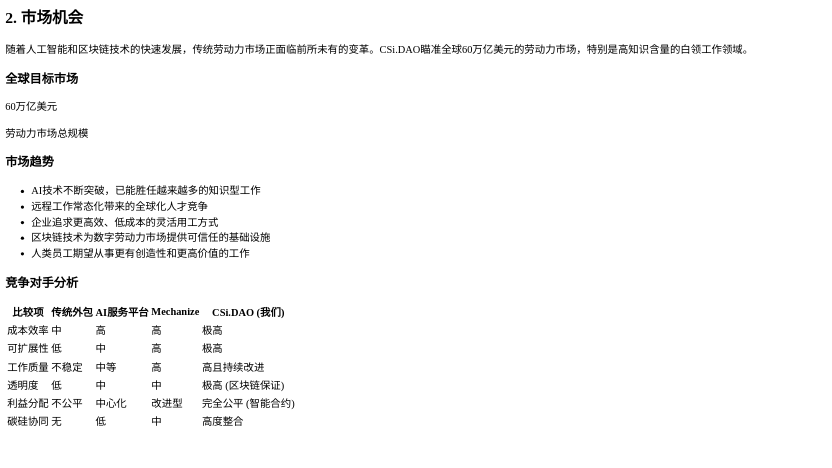
Repository: delez911/ainize
Page: static-site/src/components/market/market.html
An editor plug-in stored every save of this project. The page is shown before and after the next save, followed by the edit.
The browser window is 1280 px wide. The pictures show the whole page, at 65% of full size.

Above is the page before, as saved 2025-04-24 02:52:51.

### static-site/src/components/market/market.html
<section id="market" class="section">
  <div class="section-container">
    <h2 class="section-title">2. 市场机会</h2>
    <div class="content">
      <p>随着人工智能和区块链技术的快速发展，传统劳动力市场正面临前所未有的变革。CSi.DAO瞄准全球60万亿美元的劳动力市场，特别是高知识含量的白领工作领域。</p>

      <div class="market-container">
        <div class="market-circle">
          <h3>全球目标市场</h3>
          <div class="market-value">60万亿美元</div>
          <p>劳动力市场总规模</p>
        </div>
      </div>

      <h3>市场趋势</h3>
      <ul>
        <li>AI技术不断突破，已能胜任越来越多的知识型工作</li>
        <li>远程工作常态化带来的全球化人才竞争</li>
        <li>企业追求更高效、低成本的灵活用工方式</li>
        <li>区块链技术为数字劳动力市场提供可信任的基础设施</li>
        <li>人类员工期望从事更有创造性和更高价值的工作</li>
      </ul>

      <h3>竞争对手分析</h3>
      <table>
        <tr>
          <th>比较项</th>
          <th>传统外包</th>
          <th>AI服务平台</th>
          <th>Mechanize</th>
          <th>CSi.DAO (我们)</th>
        </tr>
        <tr>
          <td>成本效率</td>
          <td>中</td>
          <td>高</td>
          <td>高</td>
          <td>极高</td>
        </tr>
        <tr>
          <td>可扩展性</td>
          <td>低</td>
          <td>中</td>
          <td>高</td>
          <td>极高</td>
        </tr>
        <tr>
          <td>工作质量</td>
          <td>不稳定</td>
          <td>中等</td>
          <td>高</td>
          <td>高且持续改进</td>
        </tr>
        <tr>
          <td>透明度</td>
          <td>低</td>
          <td>中</td>
          <td>中</td>
          <td>极高 (区块链保证)</td>
        </tr>
        <tr>
          <td>利益分配</td>
          <td>不公平</td>
          <td>中心化</td>
          <td>改进型</td>
          <td>完全公平 (智能合约)</td>
        </tr>
        <tr>
          <td>碳硅协同</td>
          <td>无</td>
          <td>低</td>
          <td>中</td>
          <td>高度整合</td>
        </tr>
      </table>
    </div>
  </div>
</section>

After the next save:
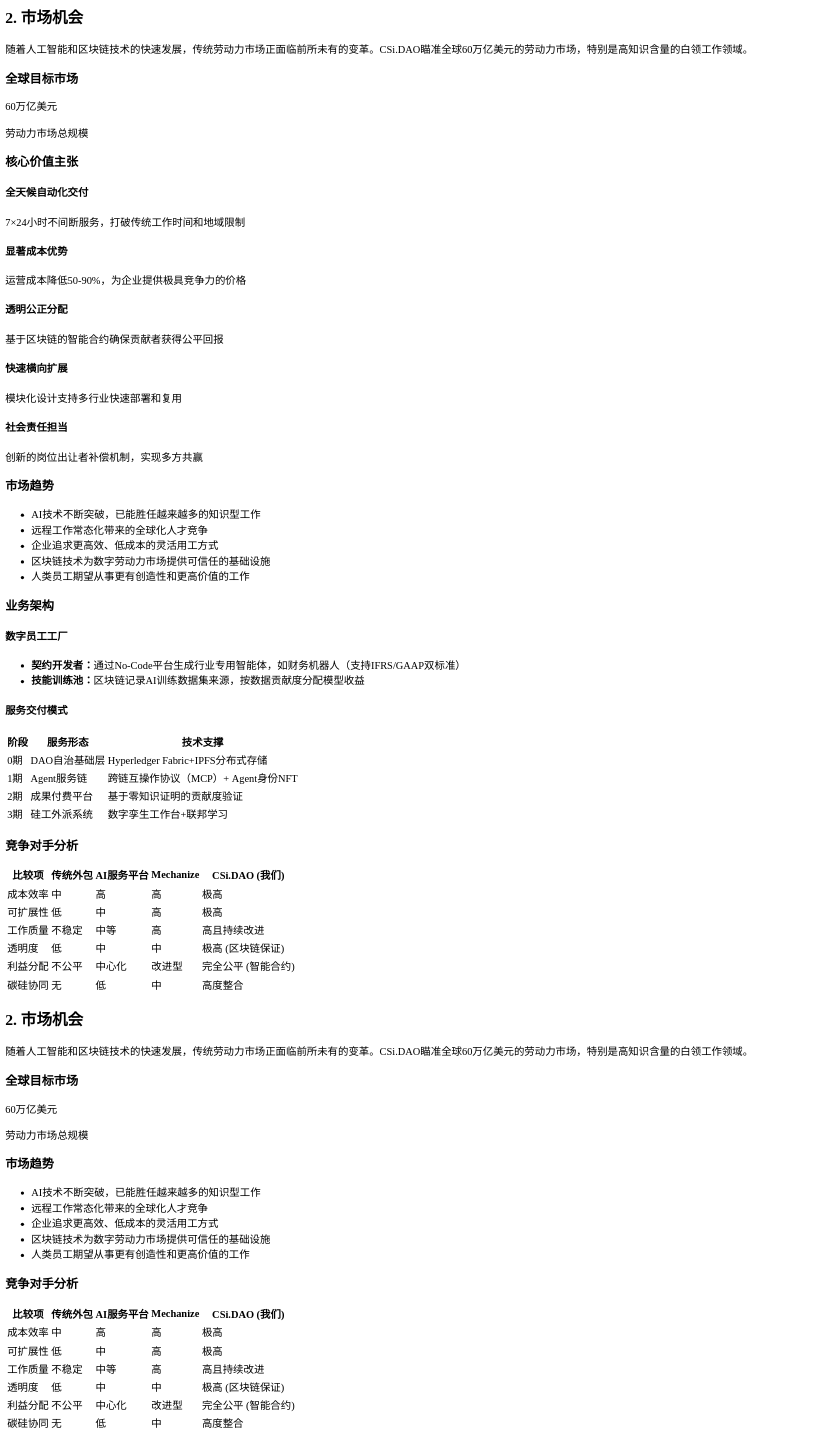
Saved 35 min 48 s later.
--- a/static-site/src/components/market/market.html
+++ b/static-site/src/components/market/market.html
@@ -9,6 +9,30 @@
           <h3>全球目标市场</h3>
           <div class="market-value">60万亿美元</div>
           <p>劳动力市场总规模</p>
+        </div>
+      </div>
+
+      <h3>核心价值主张</h3>
+      <div class="value-propositions">
+        <div class="value-item">
+          <h4>全天候自动化交付</h4>
+          <p>7×24小时不间断服务，打破传统工作时间和地域限制</p>
+        </div>
+        <div class="value-item">
+          <h4>显著成本优势</h4>
+          <p>运营成本降低50-90%，为企业提供极具竞争力的价格</p>
+        </div>
+        <div class="value-item">
+          <h4>透明公正分配</h4>
+          <p>基于区块链的智能合约确保贡献者获得公平回报</p>
+        </div>
+        <div class="value-item">
+          <h4>快速横向扩展</h4>
+          <p>模块化设计支持多行业快速部署和复用</p>
+        </div>
+        <div class="value-item">
+          <h4>社会责任担当</h4>
+          <p>创新的岗位出让者补偿机制，实现多方共赢</p>
         </div>
       </div>
 
@@ -21,6 +45,47 @@
         <li>人类员工期望从事更有创造性和更高价值的工作</li>
       </ul>
 
+      <h3>业务架构</h3>
+      <div class="business-architecture">
+        <div class="architecture-section">
+          <h4>数字员工工厂</h4>
+          <ul>
+            <li><strong>契约开发者：</strong>通过No-Code平台生成行业专用智能体，如财务机器人（支持IFRS/GAAP双标准）</li>
+            <li><strong>技能训练池：</strong>区块链记录AI训练数据集来源，按数据贡献度分配模型收益</li>
+          </ul>
+        </div>
+        <div class="architecture-section">
+          <h4>服务交付模式</h4>
+          <table class="delivery-table">
+            <tr>
+              <th>阶段</th>
+              <th>服务形态</th>
+              <th>技术支撑</th>
+            </tr>
+            <tr>
+              <td>0期</td>
+              <td>DAO自治基础层</td>
+              <td>Hyperledger Fabric+IPFS分布式存储</td>
+            </tr>
+            <tr>
+              <td>1期</td>
+              <td>Agent服务链</td>
+              <td>跨链互操作协议（MCP）+ Agent身份NFT</td>
+            </tr>
+            <tr>
+              <td>2期</td>
+              <td>成果付费平台</td>
+              <td>基于零知识证明的贡献度验证</td>
+            </tr>
+            <tr>
+              <td>3期</td>
+              <td>硅工外派系统</td>
+              <td>数字孪生工作台+联邦学习</td>
+            </tr>
+          </table>
+        </div>
+      </div>
+
       <h3>竞争对手分析</h3>
       <table>
         <tr>
@@ -76,3 +141,81 @@
     </div>
   </div>
 </section>
+<section id="market" class="section">
+  <div class="section-container">
+    <h2 class="section-title">2. 市场机会</h2>
+    <div class="content">
+      <p>随着人工智能和区块链技术的快速发展，传统劳动力市场正面临前所未有的变革。CSi.DAO瞄准全球60万亿美元的劳动力市场，特别是高知识含量的白领工作领域。</p>
+
+      <div class="market-container">
+        <div class="market-circle">
+          <h3>全球目标市场</h3>
+          <div class="market-value">60万亿美元</div>
+          <p>劳动力市场总规模</p>
+        </div>
+      </div>
+
+      <h3>市场趋势</h3>
+      <ul>
+        <li>AI技术不断突破，已能胜任越来越多的知识型工作</li>
+        <li>远程工作常态化带来的全球化人才竞争</li>
+        <li>企业追求更高效、低成本的灵活用工方式</li>
+        <li>区块链技术为数字劳动力市场提供可信任的基础设施</li>
+        <li>人类员工期望从事更有创造性和更高价值的工作</li>
+      </ul>
+
+      <h3>竞争对手分析</h3>
+      <table>
+        <tr>
+          <th>比较项</th>
+          <th>传统外包</th>
+          <th>AI服务平台</th>
+          <th>Mechanize</th>
+          <th>CSi.DAO (我们)</th>
+        </tr>
+        <tr>
+          <td>成本效率</td>
+          <td>中</td>
+          <td>高</td>
+          <td>高</td>
+          <td>极高</td>
+        </tr>
+        <tr>
+          <td>可扩展性</td>
+          <td>低</td>
+          <td>中</td>
+          <td>高</td>
+          <td>极高</td>
+        </tr>
+        <tr>
+          <td>工作质量</td>
+          <td>不稳定</td>
+          <td>中等</td>
+          <td>高</td>
+          <td>高且持续改进</td>
+        </tr>
+        <tr>
+          <td>透明度</td>
+          <td>低</td>
+          <td>中</td>
+          <td>中</td>
+          <td>极高 (区块链保证)</td>
+        </tr>
+        <tr>
+          <td>利益分配</td>
+          <td>不公平</td>
+          <td>中心化</td>
+          <td>改进型</td>
+          <td>完全公平 (智能合约)</td>
+        </tr>
+        <tr>
+          <td>碳硅协同</td>
+          <td>无</td>
+          <td>低</td>
+          <td>中</td>
+          <td>高度整合</td>
+        </tr>
+      </table>
+    </div>
+  </div>
+</section>
